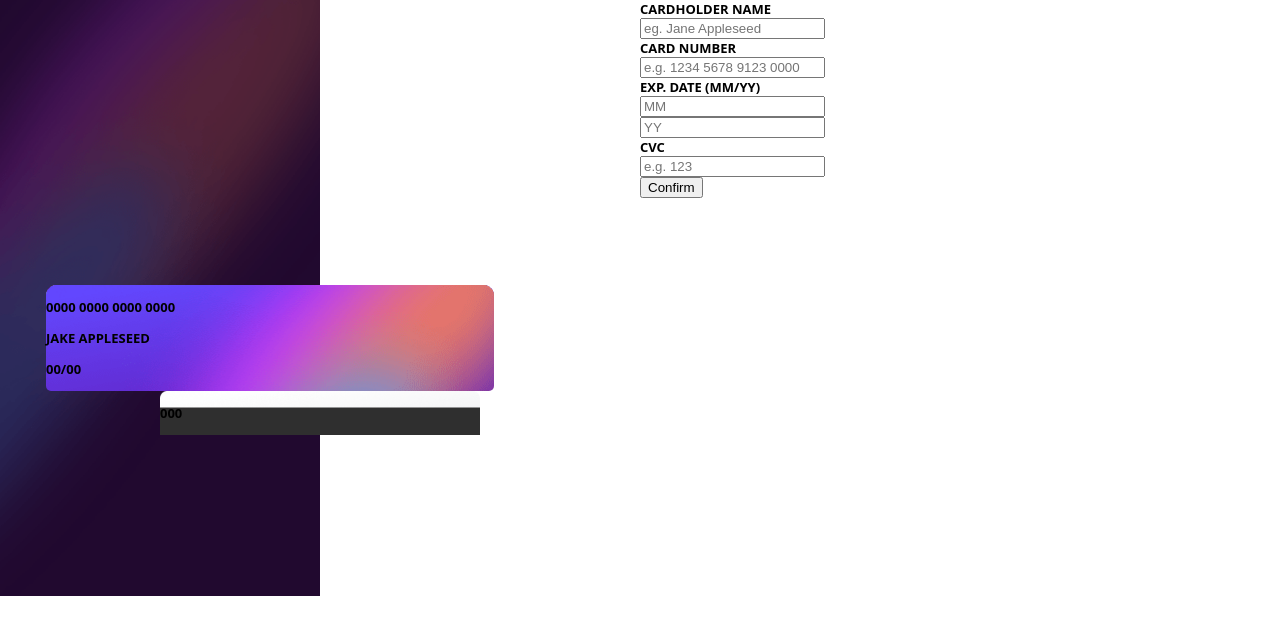
Repository: Celebration-cloud/my-project
Page: interactive-card-details-form-main/index.html
An editor plug-in stored every save of this project. The page is shown before and after the next save, followed by the edit.
The browser window is 1280 px wide. The pictures show the whole page.

Above is the page before, as saved 2023-08-22 18:47:38.

### interactive-card-details-form-main/index.html
<!DOCTYPE html>
<html lang="en">
<head>
  <meta charset="UTF-8">
  <meta name="viewport" content="width=device-width, initial-scale=1.0"> <!-- displays site properly based on user's device -->

  <link rel="icon" type="image/png" sizes="32x32" href="./images/favicon-32x32.png">
  <link rel="stylesheet" href="index.css">

  <title>Frontend Mentor | Interactive card details form</title>

  <!-- Feel free to remove these styles or customise in your own stylesheet 👍 -->
  <style>
    .attribution { font-size: 11px; text-align: center; }
    .attribution a { color: hsl(228, 45%, 44%); }
  </style>
</head>
<body>
  <div class="container">
    <section id="section-a" class="section-a">
      <div id="card">
        <div id="profile"></div><span id="detail"></span>
        <p id="card-number">0000 0000 0000 0000</p>
        <p id="card-name">JAKE APPLESEED</p>
        <p id="exp-date">00/00</p>
      </div>
      <div id="card-back">
        <p>000</p>
      </div>

    </section>
    <!-- Add your site or application content here -->
    <!-- Card Details Form Section-->
    <section id="section-b" class="section-b">
      <form action="">
        <label for="name" id="cardholder-numeber-label">CARDHOLDER NAME</label><br/>
        <input name="name" id="cardholder-numeber-input" aria-required="false" placeholder="eg. Jane Appleseed" required/><br/>
        <label for="card-number" id="card-number-label">CARD NUMBER</label><br/>
        <input name="card-number" id="card-number-input" type="tel" aria-required="false" placeholder="e.g. 1234 5678 9123 0000" required/><br/>
        <label for="expire-date" id="expire-date-label">EXP. DATE (MM/YY)</label><br/>
        <input name="expire-date" id="expire-date" type="tel" aria-required="false" placeholder="MM" required/><br/>
        <input name="expire-date" id="expire-date2" type="tel" aria-required="false" placeholder="YY" required/><br/>
        <label for="cvc" id="cvc-label">CVC</label><br/>
        <input name="cvc" aria-required="false" id="cvc" type="tel" placeholder="e.g. 123" required/><br/>
        <button type="submit">Confirm</button>
      </form>

    </section>
  </div>

  <!-- 0000 0000 0000 0000
  00/00

  000

  Cardholder Name
  e.g. Jane Appleseed

  Card Number
  e.g. 1234 5678 9123 0000

  Exp. Date (MM/YY)
  MM
  YY

  CVC
  e.g. 123

  Confirm -->

  <!-- Completed state start -->

  <!-- Thank you!
  We've added your card details
  Continue -->

  <!-- <div class="attribution">
    Challenge by <a href="https://www.frontendmentor.io?ref=challenge" target="_blank">Frontend Mentor</a>.
    Coded by <a href="#">Your Name Here</a>.
  </div> -->
</body>
</html>

### interactive-card-details-form-main/index.css
body{
    font-family: system-ui, -apple-system, BlinkMacSystemFont, 'Segoe UI', Roboto, Oxygen, Ubuntu, Cantarell, 'Open Sans', 'Helvetica Neue', sans-serif;
    font-weight: bolder;
    font-size: small;
    margin: 0;
    padding: 0;
}
.container{
    display: flex;
}
#section-a{
    background-image: url(images/bg-main-desktop.png);
    background-size: 50%;
    background-repeat: no-repeat;
    width: 50%;
    height: 100vh;
    display: flex;
    flex-direction: column;
    justify-content: center;
}
#card{
    background-image: url(images/bg-card-front.png);
    width: 70%;
    background-size: cover;
    border-radius: 5px;
    align-self: center;
    margin-right: 100px;
}
#card-back{
    background-image: url(images/bg-card-back.png);
    background-size: cover;
    width: 50%;

    align-self: center;
}

After the next save:
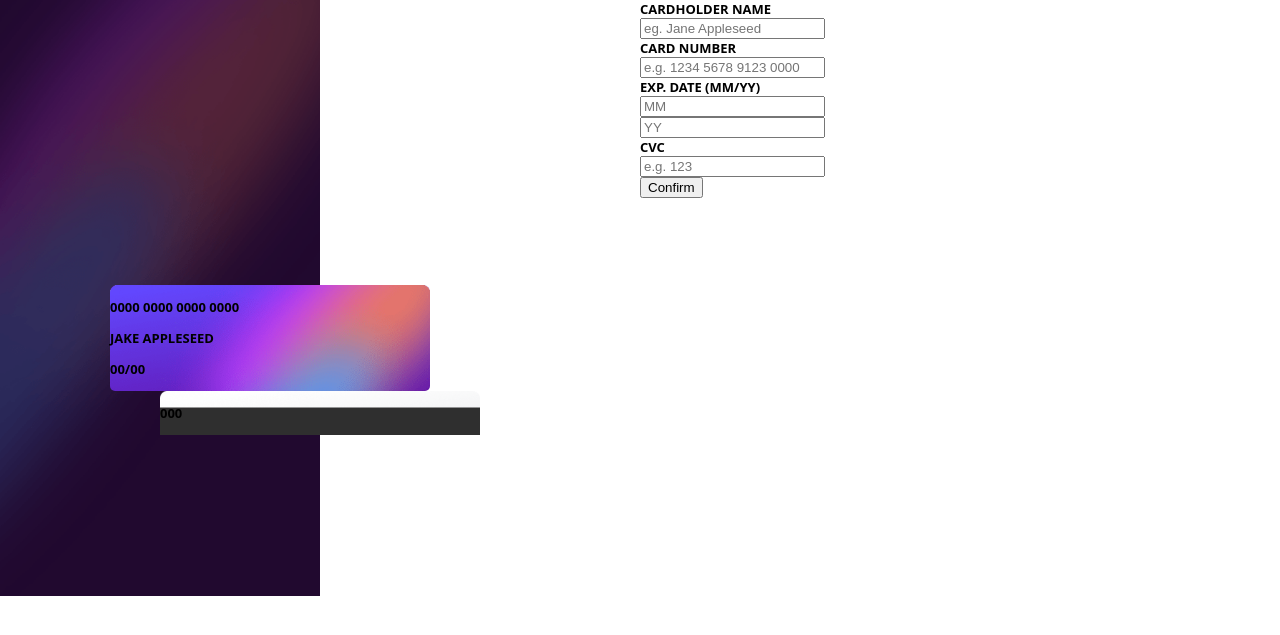
Saved 19 s later.
--- a/interactive-card-details-form-main/index.css
+++ b/interactive-card-details-form-main/index.css
@@ -20,7 +20,7 @@ body{
 }
 #card{
     background-image: url(images/bg-card-front.png);
-    width: 70%;
+    width: 50%;
     background-size: cover;
     border-radius: 5px;
     align-self: center;
